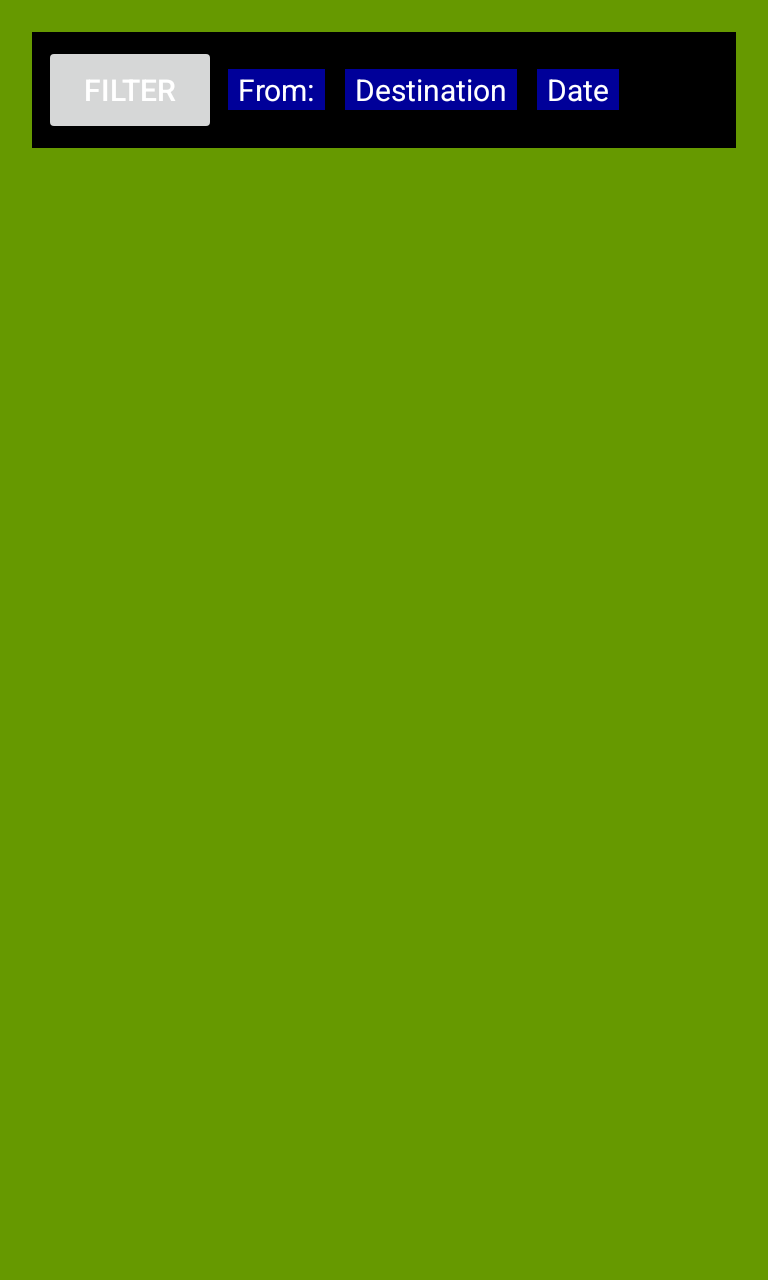
Repository: bwoldemi/LilyTrans
Layout: TransLily/res/layout/activity_ask_ride.xml
These files come from the project's save history. The layout is drawn as it stood at one moment and after the next save; the edit follows.
It is drawn on a 768 x 1280 px phone screen (xhdpi) without system bars, with theme AppTheme; the app's code is not run. Lists and similar views that code fills are empty.

Above is the layout before, as saved 2014-11-09 18:41:22.

### TransLily/res/layout/activity_ask_ride.xml
<LinearLayout xmlns:android="http://schemas.android.com/apk/res/android"
    xmlns:tools="http://schemas.android.com/tools"
    android:layout_width="match_parent"
    android:layout_height="match_parent"
    android:background="#669900"
    android:orientation="vertical"
    android:paddingBottom="@dimen/activity_vertical_margin"
    android:paddingLeft="@dimen/activity_horizontal_margin"
    android:paddingRight="@dimen/activity_horizontal_margin"
    android:paddingTop="@dimen/activity_vertical_margin"
    tools:context="com.example.translily.MainActivity" >

    <LinearLayout
        android:layout_width="fill_parent"
        android:layout_height="wrap_content"
        android:padding="5sp"
        android:background="@color/background_filter_layout"
        android:orientation="horizontal" >

        <Button
            android:layout_width="wrap_content"
            android:layout_height="wrap_content"
            android:onClick="filterSearchRide"
            android:text="@string/sort_rides"
            android:textColor="#FFF"
            android:textSize="15sp" />

        <TextView
            android:id="@+id/ask_ride_from"
            android:layout_width="wrap_content"
            android:layout_height="wrap_content"
          	android:paddingTop="0sp"
          	android:paddingBottom="0sp"
            android:layout_marginLeft="5sp"
            android:layout_marginRight="5sp"

            android:background="@color/backgroundFrom"
            android:paddingLeft="5sp"
            android:paddingRight="5sp"
            android:text="@string/from"
            android:textColor="#FFF"
            android:textSize="15sp" />

        <TextView
            android:id="@+id/ask_ride_to"
            android:layout_width="wrap_content"
            android:layout_height="wrap_content"
            android:background="@color/backgroundFrom"
            android:layout_marginBottom="0dip"
            android:layout_marginLeft="5sp"
            android:layout_marginRight="5sp"
            android:layout_marginTop="0dip"
            android:paddingLeft="5sp"
            android:paddingRight="5sp"
            android:text="@string/destination"
            android:textColor="#FFF"
            android:textSize="15sp" />

        <TextView
            android:id="@+id/ask_ride_date"
            android:layout_width="wrap_content"
            android:layout_height="wrap_content"
            android:background="@color/backgroundFrom"
            android:layout_marginBottom="0dip"
            android:layout_marginLeft="5sp"
            android:layout_marginRight="5sp"
            android:layout_marginTop="0dip"
            android:paddingLeft="5sp"
            android:paddingRight="5sp"
            android:text="@string/date"
            android:textColor="#FFF"
            android:textSize="15sp" />

    </LinearLayout>

    <ListView
        android:id="@+id/ask_ride_lv"
        android:layout_width="fill_parent"
        android:layout_height="wrap_content" >
    </ListView>

</LinearLayout>

### TransLily/res/values/strings.xml
<?xml version="1.0" encoding="utf-8"?>
<resources>

    <string name="app_name">TransLily</string>
    <string name="hello_world">Hello world!</string>
    <string name="action_settings">Settings</string>
    <string name="lily">LILY Transportation </string>
    <string name="from">From: </string>
    <string name="starting_location">Enter starting point</string>
    <string name="destination_point">To: </string>
    <string name="ending_location">Enter your destination</string>
    <string name="senior_name"> Name: </string>
    <string name="typein_name"> Enter your full name here</string>
    <string name="contact_info"> Phone Number: </string>
    <string name="phone_number"> e.g 0458749818 </string>
    <string name="button_askride"> Search rides</string>
    <string name="button_offerride"> Offer ride</string>
    <string name="pick_time"> Pick time </string>
    <string name="pick_date"> Pick date </string>
    <string name="title_activity_ask_ride">Ask Ride Page</string>
    <string name="title_activity_booked_ride">BookedRideActivity</string>
    <string name="show_my_booked_rides">Show my booked rides</string>
    <string name="title_activity_post_ride">Post Ride Page</string>
    <string name="search_ride">Search ride </string>
    <string name="post_ride">Post ride </string>
    <string name="My_request_rides">My requests </string>
    <string name="My_Post_rides">My posts </string>
    <string name="welcome_message">Welcome To Lily Transport </string>
    <string name="service_provider">Service provider </string>
    <string name="taxi_id">Taxi id</string>
    <string name="starting_point">Starting point</string>
    <string name="destination"> Destination </string>
    <string name="date"> Date </string>
    <string name="number_of_person">Number of Person</string>
    <string name="comment">Comment </string>
    <string name="title_activity_my_post_rides">My Post Rides Page</string>
    <string name="title_activity_reserved_post_rides">ReservedPostRides</string>
    <string name="cancel">Cancel</string>
    <string name="approve">Approve</string>
    <string name="save">Save</string>
    <string name="please_enter_name_phone"> Please eneter your name and phonenumber</string>
    <string name="full_name">Full Name</string>
    <string name="com.lily.pre">com.lily.pre</string>
    <string name="save_changes">Save Changes</string>
    <string name="change_your_data">Change your data</string>
    <string name="sort_rides">Filter</string>
    <string name="filer_by_date">Filter by date </string>

    <color name="text_color">#FFF</color>
    <color name="background">#669900</color>
    <color name="backgroundFrom">#000099</color>
	<color name="background_filter_layout">#000</color>
    <string name="title_activity_basic_info">BasicInfoActivity</string>
    <string name="title_activity_setting">Setting</string>

    <string-array name="service_providers">
        <item>Taxi</item>
        <item>Voulunter</item>
    </string-array>

</resources>

Loaded but not shown: TransLily/res/values/styles.xml (common file); TransLily/res/values-v11/styles.xml (common file); TransLily/res/values-v14/styles.xml (common file); TransLily/res/values/dimens.xml (common file); TransLily/res/values-w820dp/dimens.xml (common file)

After the next save:
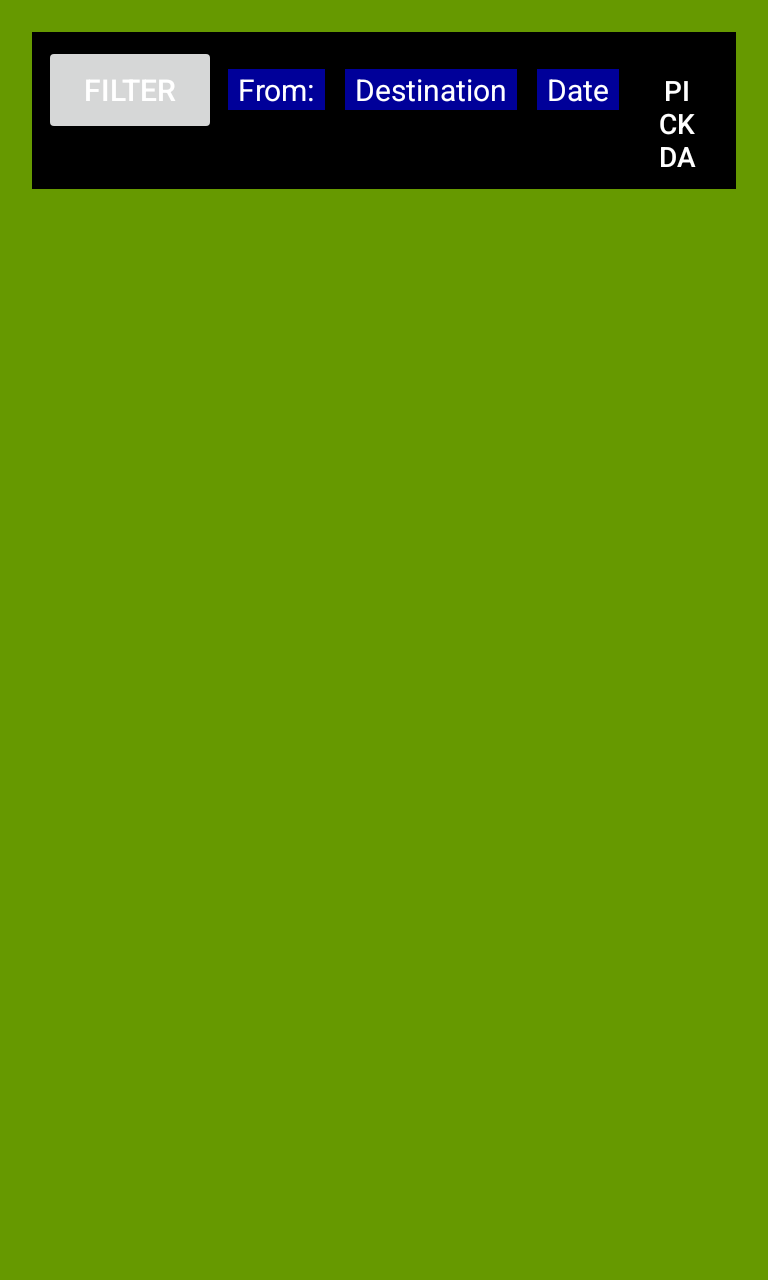
Saved 6 min 24 s later.
--- a/TransLily/res/layout/activity_ask_ride.xml
+++ b/TransLily/res/layout/activity_ask_ride.xml
@@ -70,6 +70,16 @@
             android:text="@string/date"
             android:textColor="#FFF"
             android:textSize="15sp" />
+         <Button
+            android:id="@+id/date_picker_ask_ride"
+            android:layout_width="fill_parent"
+            android:layout_height="wrap_content"
+            android:layout_marginLeft="15sp"
+            android:layout_marginRight="15sp"
+            android:background="?android:attr/selectableItemBackground"
+            android:onClick="showDatePickerDialogMYPost"
+            android:text="@string/pick_date"
+            android:textColor="#FFF" />
 
     </LinearLayout>
 
